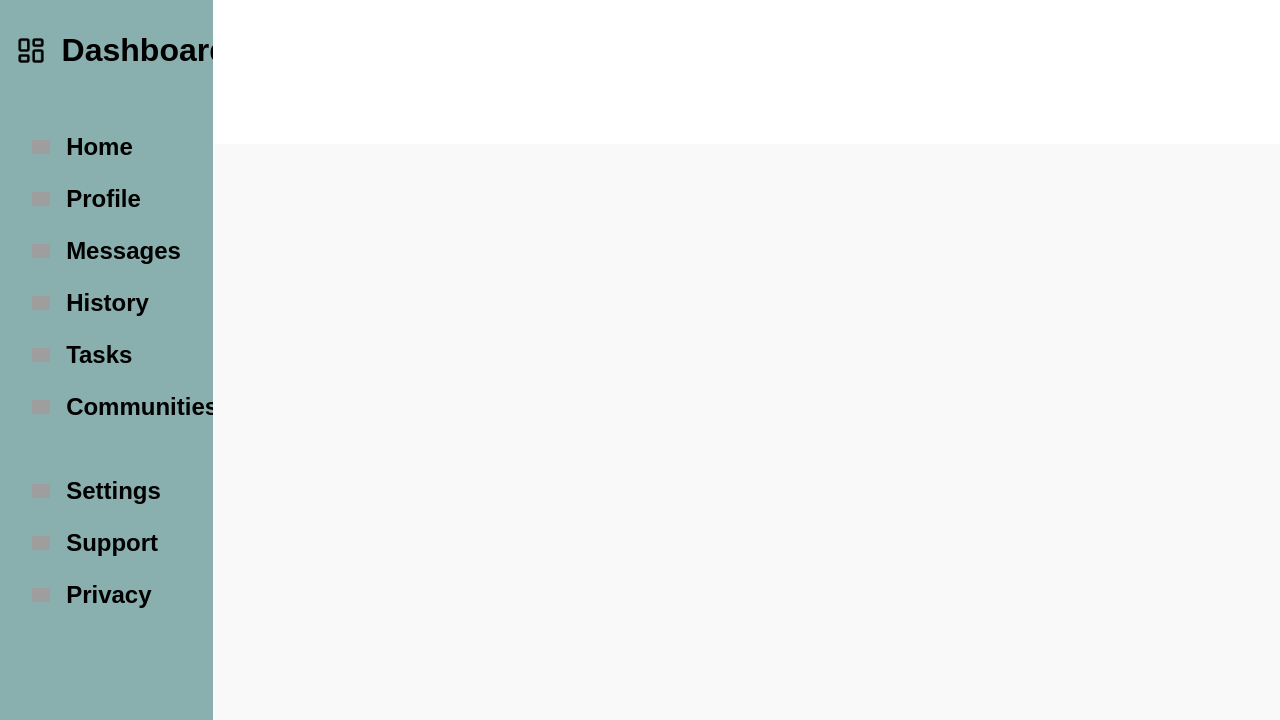
Repository: yeetzpxoci/dashboard
Page: index.html
An editor plug-in stored every save of this project. The page is shown before and after the next save, followed by the edit.
The browser window is 1280 px wide. The pictures show the whole page.
Pictures or frames that could not be fetched are drawn as grey boxes.

Above is the page before, as saved 2023-02-17 19:32:14.

After the next save:
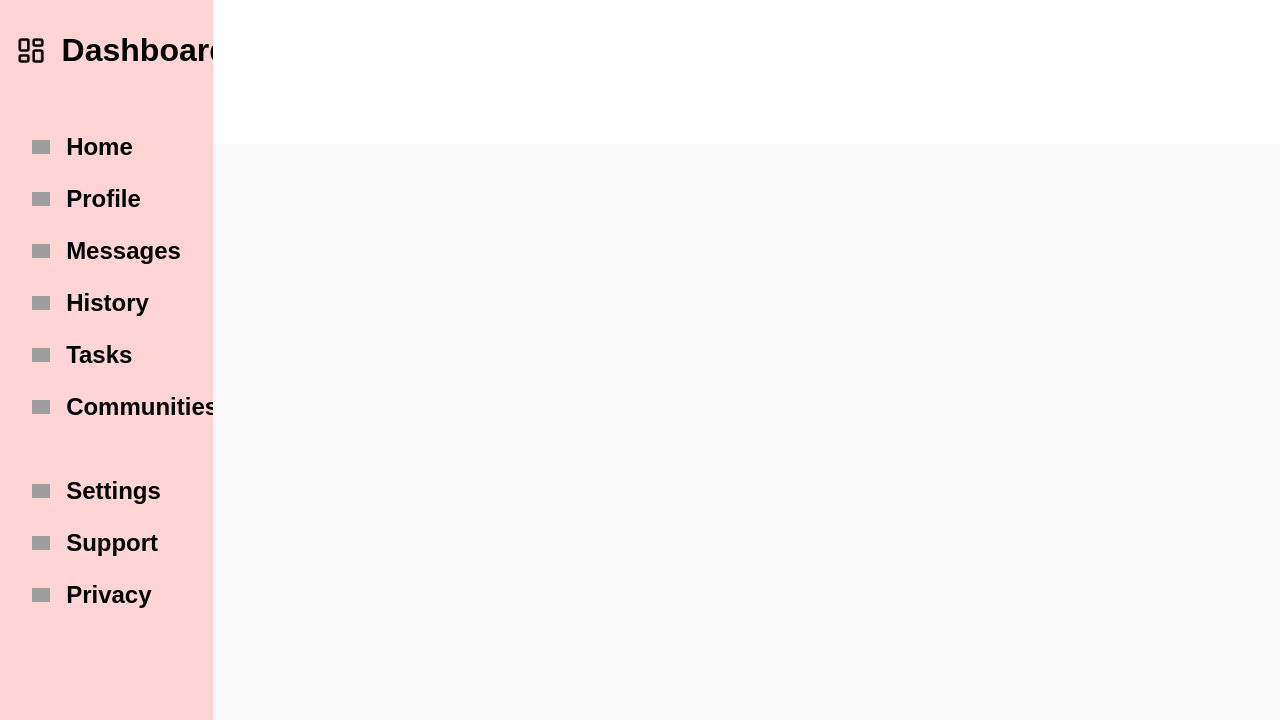
Saved 77 min 13 s later.
--- a/styles.css
+++ b/styles.css
@@ -14,7 +14,7 @@ body {
 }
 
 .sidebar {
-    background-color: #89B0AE;
+    background-color: #FFD4D4;
     grid-column: 1 / 2;
     grid-row: 1 / 3;
     display: grid;
